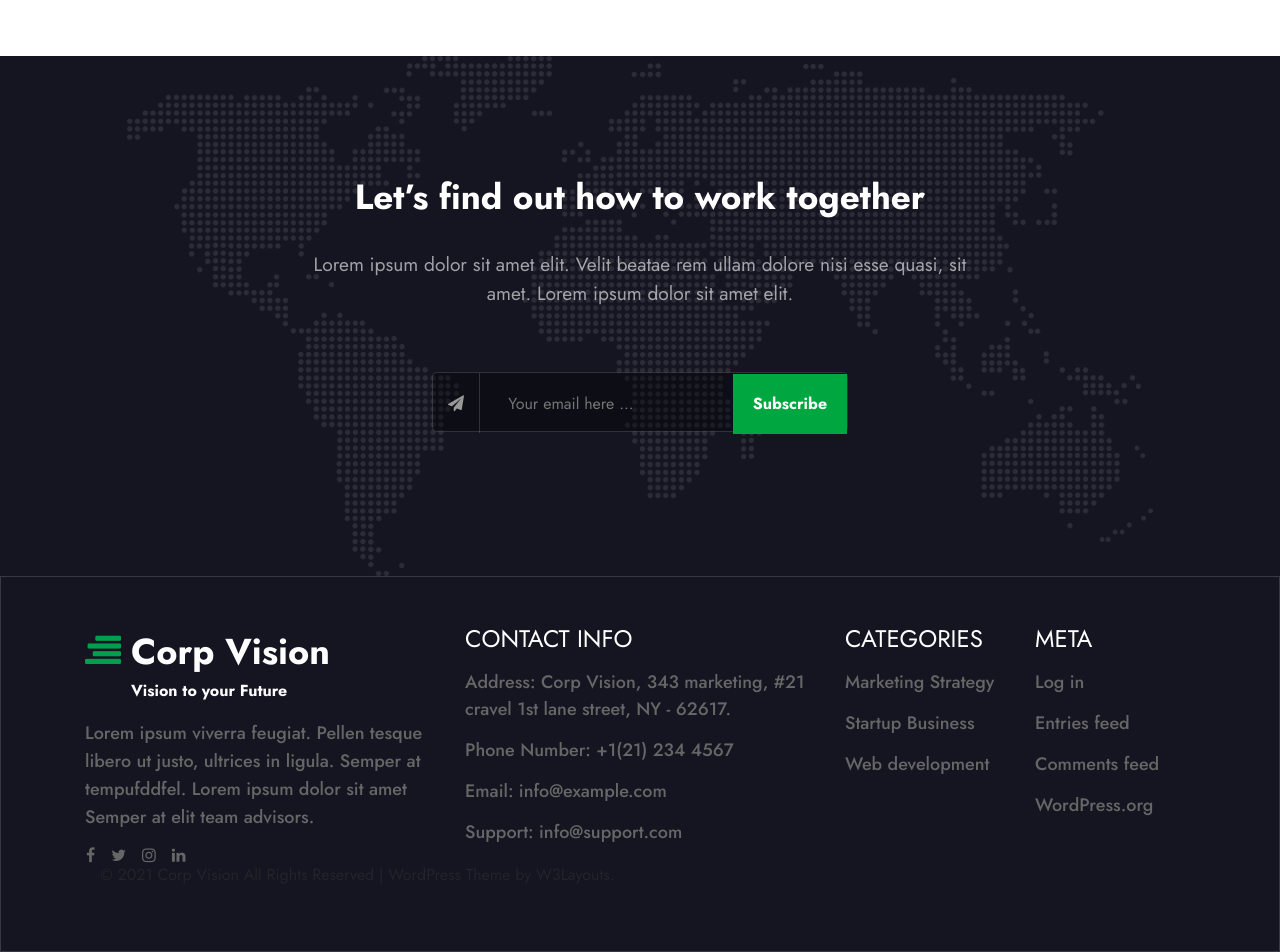
Repository: khaipnp/corpvision
Page: index.html
An editor plug-in stored every save of this project. The page is shown before and after the next save, followed by the edit.
The browser window is 1280 px wide. The pictures show the part of the page from y = 1241 to 2193 px (the page is 2193 px tall).

Above is the page before, as saved 2021-07-04 15:21:58.

### index.html
<!DOCTYPE html>
<html lang="en">
  <head>
    <meta charset="UTF-8" />
    <meta http-equiv="X-UA-Compatible" content="IE=edge" />
    <meta name="viewport" content="width=device-width, initial-scale=1.0" />
    <title>Corpvision</title>
    <meta name="description" content="Corpvision Website" />
    <!-- FONT-GOOGLE -->
    <link rel="preconnect" href="https://fonts.gstatic.com" />
    <link
      href="https://fonts.googleapis.com/css2?family=Jost:ital,wght@0,100;0,200;0,300;0,400;0,500;0,600;0,700;0,800;0,900;1,400&display=swap"
      rel="stylesheet"
    />
    <!-- FONT-AWSOME -->
    <link
      rel="stylesheet"
      href="https://cdnjs.cloudflare.com/ajax/libs/font-awesome/5.15.3/css/all.min.css"
      integrity="sha512-iBBXm8fW90+nuLcSKlbmrPcLa0OT92xO1BIsZ+ywDWZCvqsWgccV3gFoRBv0z+8dLJgyAHIhR35VZc2oM/gI1w=="
      crossorigin="anonymous"
      referrerpolicy="no-referrer"
    />
    <link rel="stylesheet" href="./css/font-awesome.min.css" />
    <!-- OWL CAROUSEL -->
    <link
      rel="stylesheet"
      href="https://cdnjs.cloudflare.com/ajax/libs/OwlCarousel2/2.3.4/assets/owl.carousel.min.css"
      integrity="sha512-tS3S5qG0BlhnQROyJXvNjeEM4UpMXHrQfTGmbQ1gKmelCxlSEBUaxhRBj/EFTzpbP4RVSrpEikbmdJobCvhE3g=="
      crossorigin="anonymous"
      referrerpolicy="no-referrer"
    />
    <link
      rel="stylesheet"
      href="https://cdnjs.cloudflare.com/ajax/libs/OwlCarousel2/2.3.4/assets/owl.theme.default.css"
      integrity="sha512-OTcub78R3msOCtY3Tc6FzeDJ8N9qvQn1Ph49ou13xgA9VsH9+LRxoFU6EqLhW4+PKRfU+/HReXmSZXHEkpYoOA=="
      crossorigin="anonymous"
      referrerpolicy="no-referrer"
    />
    <!-- BOOTSTRAP -->
    <link
      rel="stylesheet"
      href="https://cdn.jsdelivr.net/npm/bootstrap@4.6.0/dist/css/bootstrap.min.css"
      integrity="sha384-B0vP5xmATw1+K9KRQjQERJvTumQW0nPEzvF6L/Z6nronJ3oUOFUFpCjEUQouq2+l"
      crossorigin="anonymous"
    />
    <!-- MAIN CSS -->
    <link rel="stylesheet" href="./css/main.css" />
  </head>
  <body>
    <header></header>
    <section class="feedback">
      <div class="feedback__content py-5">
        <div class="container">
          <h5 class="small-title col-12 text-center">Happy clients Feedback</h5>
          <h3 class="big-title col-12 text-center">Reviews and Testimonials</h3>
          <div class="testimonials owl-carousel owl-theme">
            <div class="testimonials__item">
              <p class="text-center col-12">
                Lorem ipsum dolor sit amet elit. Velit beatae laudantium
                voluptate rem ullam dolore nisi voluptatibus esse quasi,
                doloribus tempora. Dolores molestias adipisci dolo amet!. Lorem
                ipsum dolor sit amet consectetur adipisicing elit. Esse
                architecto est ea sunt eligendi cum?
              </p>
              <div
                class="
                  testimonials__desc
                  row
                  align-items-center
                  justify-content-center
                "
              >
                <div class="avatar mr-3">
                  <img src="./img/team1.jpg" alt="team 1" />
                </div>
                <div class="name ml-3">
                  <h3>John Wilson</h3>
                  <p>Student</p>
                </div>
              </div>
            </div>
            <div class="testimonials__item">
              <p class="text-center col-12">
                Lorem ipsum dolor sit amet elit. Velit beatae laudantium
                voluptate rem ullam dolore nisi voluptatibus esse quasi,
                doloribus tempora. Dolores molestias adipisci dolo amet!. Lorem
                ipsum dolor sit amet consectetur adipisicing elit. Esse
                architecto est ea sunt eligendi cum?
              </p>
              <div
                class="
                  testimonials__desc
                  row
                  align-items-center
                  justify-content-center
                "
              >
                <div class="avatar mr-3">
                  <img src="./img/team2.jpg" alt="team 2" />
                </div>
                <div class="name ml-3">
                  <h3>Julia Sakura</h3>
                  <p>Student</p>
                </div>
              </div>
            </div>
            <div class="testimonials__item">
              <p class="text-center col-12">
                Lorem ipsum dolor sit amet elit. Velit beatae laudantium
                voluptate rem ullam dolore nisi voluptatibus esse quasi,
                doloribus tempora. Dolores molestias adipisci dolo amet!. Lorem
                ipsum dolor sit amet consectetur adipisicing elit. Esse
                architecto est ea sunt eligendi cum?
              </p>
              <div
                class="
                  testimonials__desc
                  row
                  align-items-center
                  justify-content-center
                "
              >
                <div class="avatar mr-3">
                  <img src="./img/team3.jpg" alt="team 3" />
                </div>
                <div class="name ml-3">
                  <h3>Roy Linderson</h3>
                  <p>Student</p>
                </div>
              </div>
            </div>
            <div class="testimonials__item">
              <p class="text-center col-12">
                Lorem ipsum dolor sit amet elit. Velit beatae laudantium
                voluptate rem ullam dolore nisi voluptatibus esse quasi,
                doloribus tempora. Dolores molestias adipisci dolo amet!. Lorem
                ipsum dolor sit amet consectetur adipisicing elit. Esse
                architecto est ea sunt eligendi cum?
              </p>
              <div
                class="
                  testimonials__desc
                  row
                  align-items-center
                  justify-content-center
                "
              >
                <div class="avatar mr-3">
                  <img src="./img/team4.jpg" alt="team 4" />
                </div>
                <div class="name ml-3">
                  <h3>Smith Johnson</h3>
                  <p>Student</p>
                </div>
              </div>
            </div>
          </div>
        </div>
      </div>
    </section>
    <section class="news py-5">
      <div class="news__content py-5">
        <div class="container">
          <h5 class="small-title col-12 text-center">LATEST NEWS</h5>
          <h3 class="big-title col-12 text-center">Our insight and articles</h3>
          <div class="row py-5">
            <div class="news__item col-md-6 col-lg-4">
              <div class="news__card">
                <div class="card__thumbnail p-0 position-relative">
                  <img src="./img/blog1.jpg" alt="blog 1" />
                </div>
                <div class="card__content">
                  <p>Startup Business</p>
                  <a href="#">Companies in NY launched a joint project on a three-tower
                    hall</a>
                </div>
                <div class="card__footer">
                  <span><img src="./img/icon.jpeg" alt="" /> by <a href="#">W3Layouts</a></span>
                  <p>April 1, 2021</p>
                </div>
              </div>
            </div>
            <div class="news__item col-md-6 col-lg-4">
              <div class="news__card">
                <div class="card__thumbnail p-0 position-relative">
                  <img src="./img/blog2.jpg" alt="blog 1" />
                </div>
                <div class="card__content">
                  <p>Startup Business</p>
                  <a href="#">Companies in NY launched a joint project on a three-tower
                    hall</a>
                </div>
                <div class="card__footer">
                  <span><img src="./img/icon.jpeg" alt="" /> by <a href="#">W3Layouts</a></span>
                  <p>April 1, 2021</p>
                </div>
              </div>
            </div>
            <div class="news__item col-md-6 col-lg-4">
              <div class="news__card">
                <div class="card__thumbnail p-0 position-relative">
                  <img src="./img/blog3.jpg" alt="blog 1" />
                </div>
                <div class="card__content">
                  <p>Marketing Strategy</p>
                  <a href="#">Design breakthrough upgrades the product and ready to launch</a>
                </div>
                <div class="card__footer">
                  <span><img src="./img/icon.jpeg" alt="" /> by <a href="#">W3Layouts</a></span>
                  <p>April 1, 2021</p>
                </div>
              </div>
            </div>
          </div>
        </div>
      </div>
    </section>
    <div class="subscribe py-5">
      <div class="container">
        <div class="sub__box my-5 mx-auto align-items-center justify-content-center">
          <h3 class="big-title py-4 col-12 text-center">Let’s find out how to work together<h3>
          <p class="col-12 text-center">Lorem ipsum dolor sit amet elit. Velit beatae rem ullam dolore nisi esse quasi, sit amet. Lorem ipsum dolor sit amet elit.</p>
          <div class="input__email justify-content-center py-5">
            <form>
              <i class="fa fa-paper-plane"></i>
              <input type="email" placeholder="Your email here ...">
              <button>Subscribe</button>
            </form>
          </div>
        </div>
      </div>
    </div>
    <footer>
      <div class="footer__info container py-5">
        <div class="row">
          <div class="footer__content col-md-6 col-lg-4">
            <div class="logo__footer__content pb-3">
              <div class="logo__footer"><i class="fa fa-align-right"></i>Corp Vision</div>
              <div class="slogan">Vision to your Future</div>
            </div>
            <p>Lorem ipsum viverra feugiat. Pellen tesque libero ut justo, ultrices in ligula. Semper at tempufddfel. Lorem ipsum dolor sit amet Semper at elit team advisors.</p>
            <div class="social__network row justify-content-start">
              <i class="fa fa-facebook pl-3"></i>
              <i class="fa fa-twitter pl-3"></i>
              <i class="fa fa-instagram pl-3"></i>
              <i class="fa fa-linkedin pl-3"></i>
            </div>
          </div>
          <div class="footer__content col-md-6 col-lg-4 mt-md-0 mt-5">
            <h4>CONTACT INFO</h4>
            <ul class="list-group list-group-flush">
              <li class="list-group-item">Address: Corp Vision, 343 marketing, #21 cravel 1st lane street, NY - 62617.</li>
              <li class="list-group-item">Phone Number: <a href="tel:+1212344567">+1(21) 234 4567</a></li>
              <li class="list-group-item">Email: <a href="mailto:">info@example.com</a></li>
              <li class="list-group-item">Support: <a href="mailto:">info@support.com</a></li>
            </ul>
          </div>
          <div class="footer__content col-md-6 col-lg-2 mt-lg-0 mt-5">
            <h4>CATEGORIES</h4>
            <ul class="list-group list-group-flush">
              <li class="list-group-item"><a href="/">Marketing Strategy</a></li>
              <li class="list-group-item"><a href="/">Startup Business</a></li>
              <li class="list-group-item"><a href="/">Web development</a></li>
            </ul>
          </div>
          <div class="footer__content col-md-6 col-lg-2 mt-lg-0 mt-5">
            <h4>META</h4>
            <ul class="list-group list-group-flush">
              <li class="list-group-item"><a href="/">Log in</a></li>
              <li class="list-group-item"><a href="/">Entries feed</a></li>
              <li class="list-group-item"><a href="/">Comments feed</a></li>
              <li class="list-group-item"><a href="/">WordPress.org</a></li>
            </ul>
          </div>
        </div>
        <div class="copyright">
          <div class="container">
            <p>© 2021 Corp Vision All Rights Reserved | WordPress Theme by W3Layouts.</p>
          </div>
        </div>
      </div>
    </footer>
    <!-- SCRIPT -->
    <!-- BOOTSTRAP -->
    <script
      src="https://cdnjs.cloudflare.com/ajax/libs/jquery/3.6.0/jquery.js"
      integrity="sha512-n/4gHW3atM3QqRcbCn6ewmpxcLAHGaDjpEBu4xZd47N0W2oQ+6q7oc3PXstrJYXcbNU1OHdQ1T7pAP+gi5Yu8g=="
      crossorigin="anonymous"
      referrerpolicy="no-referrer"
    ></script>
    <script
      src="https://cdn.jsdelivr.net/npm/bootstrap@4.6.0/dist/js/bootstrap.bundle.min.js"
      integrity="sha384-Piv4xVNRyMGpqkS2by6br4gNJ7DXjqk09RmUpJ8jgGtD7zP9yug3goQfGII0yAns"
      crossorigin="anonymous"
    ></script>
    <!-- OWL CAROUSEL -->
    <script src="./js/owl.carousel.min.js"></script>
    <script>
      $(document).ready(function () {
        $(".owl-carousel").owlCarousel({
          navigation: false,
          slideSpeed: 300,
          paginationSpeed: 400,
          singleItem: true,
          items: 1,
          // itemsDesktop : false,
          // itemsDesktopSmall : false,
          // itemsTablet: false,
          // itemsMobile : false
        });
      });
    </script>
  </body>
</html>

### css/main.css
* {
  padding: 0;
  margin: 0;
  box-sizing: border-box;
}

html,
body {
  font-family: "Jost", sans-serif;
  background: #fff;
}

.small-title {
  color: #7e7d7d;
  font-size: 14px;
  font-weight: 600;
  text-transform: uppercase;
}

.big-title {
  color: #3f3a64;
  font-size: 35px;
  font-weight: 700;
}

/* FEEDBACK */
.feedback {
  background-color: #f7f7f7;
}

.testimonials__item {
  margin: 60px auto;
  display: block;
  max-width: 900px;
  height: auto;
}

.testimonials__item p {
  color: #7e7d7d;
  font-size: 18px;
  line-height: 28px;
}

.testimonials__desc .avatar {
  width: 70px;
  height: 70px;
  overflow: hidden;
  border-radius: 50%;
}

.testimonials__desc .avatar img {
  width: 100%;
  height: 100%;
  object-fit: cover;
}

.name h3 {
  font-size: 20px;
  margin: 0;
  font-weight: 600;
  color: #3f3a64;
}
.name p {
  font-style: normal;
  margin-bottom: 0;
}

.owl-theme .owl-dots .owl-dot.active span,
.owl-theme .owl-dots .owl-dot span {
  background: rgba(33, 51, 100, 0.5);
  transform: scale(1);
  transition: all 0.5s;
}

.owl-theme .owl-dots .owl-dot.active span,
.owl-theme .owl-dots .owl-dot:hover span {
  background: #213364 !important;
  transform: scale(1.5);
}

/* NEWS */
.news__card {
  background-color: #fff;
  box-shadow: 0 25px 98px 0 rgb(0 0 0 / 4%);
  border: 1px solid transparent;
  border-radius: 10px;
}

.card__thumbnail {
  overflow: hidden;
  border-radius: 10px 10px 0 0;
}

.card__thumbnail img {
  width: 100%;
  border-radius: 10px 10px 0 0;
  object-fit: cover;
  cursor: pointer;
  transition: all 0.5s;
}

.card__thumbnail img:hover {
  transform: scale(1.15);
}

.card__content {
  padding: 20px;
}

.card__content p {
  color: #999;
  font-size: 17px;
  font-weight: 400;
}

.card__content a {
  text-decoration: none;
  color: #213364;
  font-size: 20px;
  font-weight: 600;
  transition: all 0.5s;
  cursor: pointer;
}

.card__content a:hover {
  color: #00a63f;
}

.card__footer {
  display: flex;
  justify-content: space-between;
  align-items: center;
  border-top: 1px solid rgba(126, 125, 125, 0.1);
  padding: 10px;
}

.card__footer a {
  color: #213364;
  font-size: 1rem;
  font-weight: 600;
  cursor: pointer;
  transition: all 0.5s;
  text-decoration: none;
}

.card__footer a:hover {
  color: #00a63f;
}

.card__footer img {
  cursor: pointer;
}

.card__footer span {
  color: rgb(102, 102, 102, 0.6);
  font-weight: 600;
}

.card__footer p {
  margin-bottom: 0;
  font-size: 15px;
  color: rgb(102, 102, 102, 0.8);
}

/* SUBCRIBE */
.subscribe {
  background-image: url(../img/map.png);
  background-color: #151421;
  background-size: contain;
  background-repeat: no-repeat;
  background-position: center;
}

.sub__box {
  max-width: 700px;
}

.sub__box .big-title {
  color: #fff;
}

.sub__box p {
  font-size: 1.2rem;
  color: rgba(255, 255, 255, 0.6);
  line-height: 1.5;
  font-weight: 400;
}

.input__email {
  display: flex;
}

.input__email form {
  border: 1px solid rgb(255, 255, 255, 0.15);
  border-radius: 5px;
  height: 60px;
  background: rgb(0, 0, 0, 0.35);
  max-width: 550px;
}

.input__email input {
  color: #999;
  padding: 20px 20px;
  border: none;
  font-size: 1rem;
  outline: none;
  background: none;
}

.input__email button {
  background-color: #00a63f;
  color: #fff;
  height: 60px;
  padding: 0 20px;
  border: none;
  font-size: 1rem;
  font-weight: 700;
  line-height: 60px;
  text-align: center;
}

.input__email i {
  text-align: center;
  color: #999;
  font-size: 1rem;
  border-right: 1px solid rgb(255, 255, 255, 0.15);
  line-height: 60px;
  padding: 0 15px;
}

/* FOOTER */

footer {
  background-color: #151421;
  border: 1px solid rgb(255, 255, 255, 0.15);
}

.footer__content p {
  color: #666;
  font-size: 18px;
  line-height: 28px;
  font-weight: 500;
}

.logo__footer {
  display: inline-block;
  font-size: 36px;
  font-weight: bold;
  color: #fefefe;
}

.logo__footer i {
  color: #009f4d !important;
  font-size: 36px !important;
  margin-right: 10px;
}

.slogan {
  padding-left: 46px;
  font-weight: bold;
  color: #fefefe;
}

.footer__content a {
  text-decoration: none;
  color: #666;
  transition: all 0.5s ease;
  font-weight: 500;
}

.footer__content a:hover {
  text-decoration: none;
  color: #fefefe;
}

.footer__content i {
  color: #666;
}

.footer__content h4 {
  color: #fefefe;
  font-weight: normal;
}

.footer__content .list-group-item {
  background-color: transparent !important;
  color: #666;
  border: none !important;
  font-size: 18px;
  padding: 7px 0 !important;
  font-weight: 500;
}

Loaded but not shown: css/font-awesome.min.css (library); js/owl.carousel.min.js (library)

After the next save:
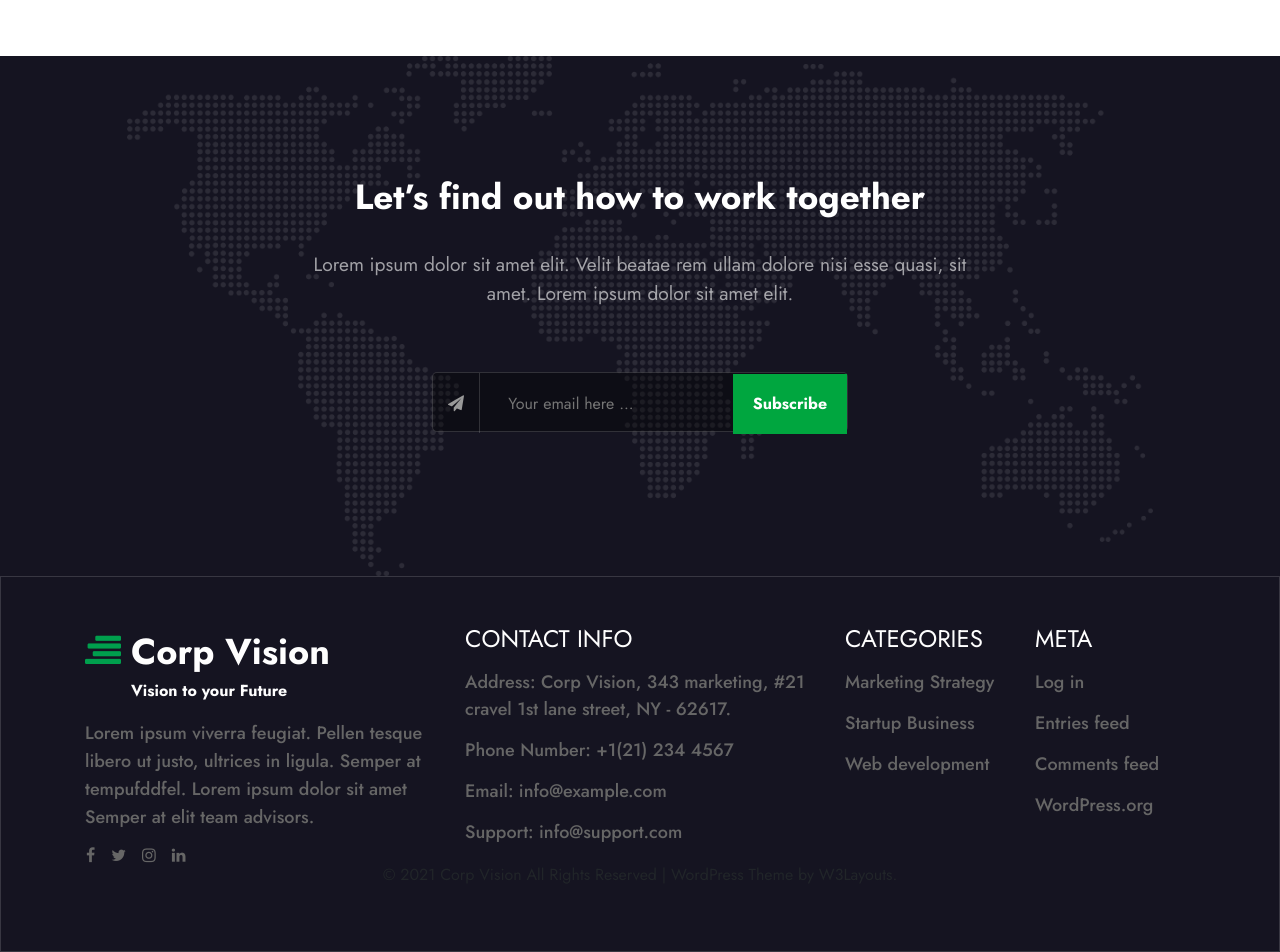
Saved 24 s later.
--- a/index.html
+++ b/index.html
@@ -273,7 +273,7 @@
             </ul>
           </div>
         </div>
-        <div class="copyright">
+        <div class="copyright text-center">
           <div class="container">
             <p>© 2021 Corp Vision All Rights Reserved | WordPress Theme by W3Layouts.</p>
           </div>
